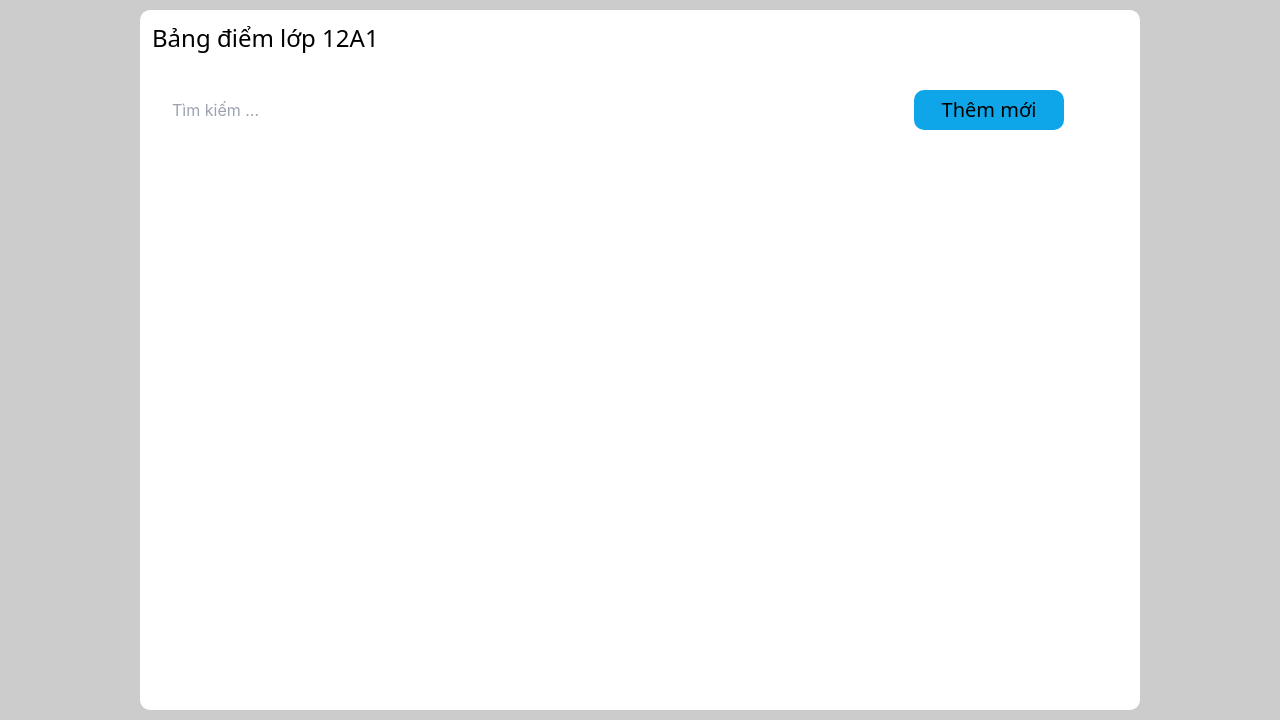
Repository: doducthuan/ReactJS-Movie
Page: /
The author's editor kept a copy of each file at every save. The page is drawn from the files as they stood at one save, then again after the next save.
The browser window is 1280 px wide. The pictures show the whole page.
The project was rebuilt for these pictures with package versions that can differ from the ones it lists, and the page was loaded fresh each time. Also part of the build but not shown: src/App.css.

Above is the page before, as saved 2024-01-13 06:03:40.

After the next save:
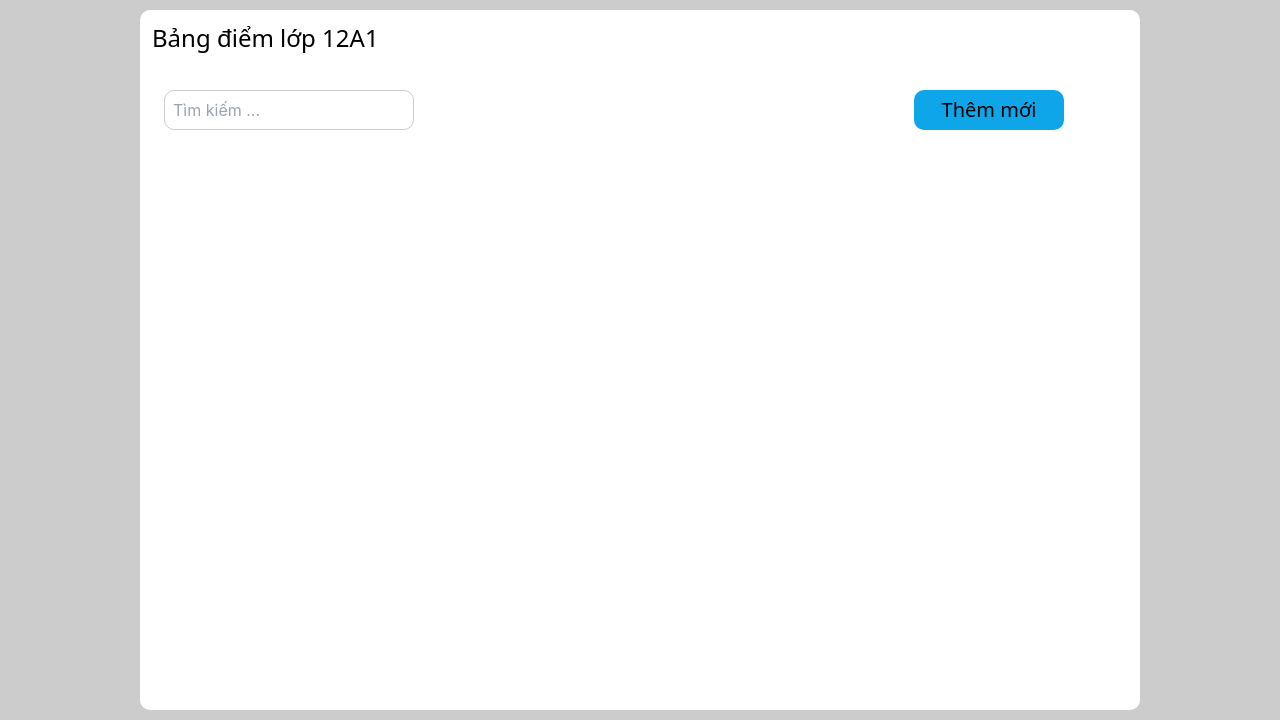
Saved 40 s later.
--- a/src/components/students/styles.css
+++ b/src/components/students/styles.css
@@ -18,6 +18,7 @@
 .search-all{
     width: 250px;
     height: 40px;
+    border: 1px solid #ccc;
     border-radius: 10px;
     padding: 8px;
 }
